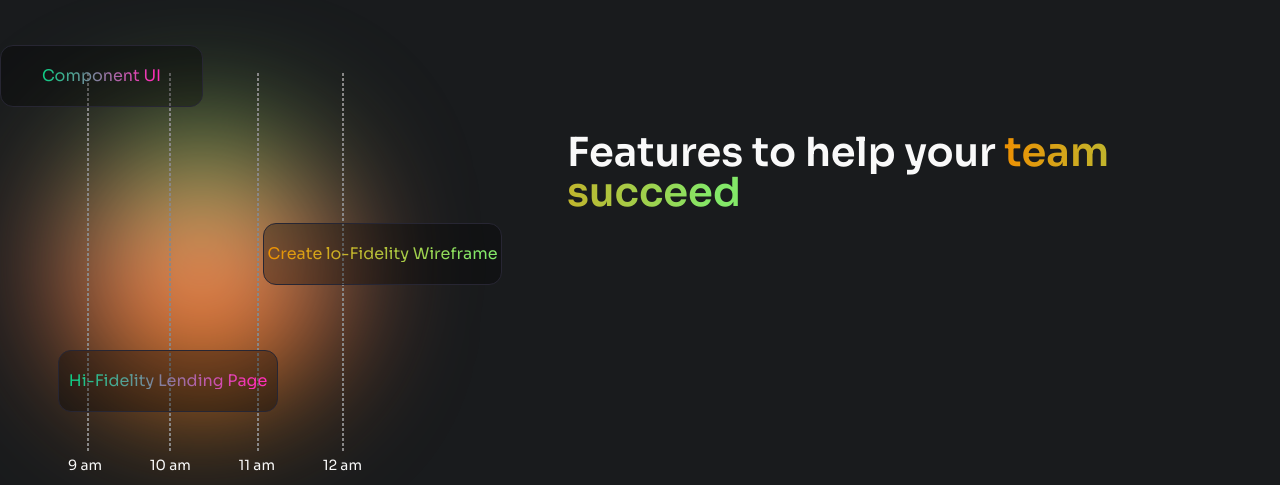
Repository: anhthiethumg/Task_Managerment_Website
Page: index.html
An editor plug-in stored every save of this project. The page is shown before and after the next save, followed by the edit.
The browser window is 1280 px wide. The pictures show the part of the page from y = 2400 to 2885 px (the page is 2885 px tall).
A picture or video elsewhere on the page could not be fetched, so the positions and the page height are approximate.

Above is the page before, as saved 2023-07-31 09:01:02.

### index.html
<!DOCTYPE html>
<html lang="en">
  <head>
    <meta charset="UTF-8" />
    <meta name="viewport" content="width=device-width, initial-scale=1.0" />
    <title>Task Managerment Website</title>
    <!-- Reset Css -->
    <link rel="stylesheet" href="./assets/css/reset.css" />

    <!-- CSS -->
    <link rel="stylesheet" href="./assets/css/styles.css" />

    <!-- Embed Font-->

    <link rel="preconnect" href="https://fonts.googleapis.com" />
    <link rel="preconnect" href="https://fonts.gstatic.com" crossorigin />
    <link
      href="https://fonts.googleapis.com/css2?family=Sora:wght@400;600;700;800&display=swap"
      rel="stylesheet"
    />
  </head>
  <body>
    <!-- Header -->
    <section class="header">
      <div class="container">
        <navbar class="row nav">
          <img src="./assets/image/logo.svg" alt="Task." />
          <div class="nav-list">
            <a class="nav-item" href="#!">Home</a>
            <a class="nav-item" href="#!">Products</a>
            <a class="nav-item" href="#!">Guidlines</a>
            <a class="nav-item" href="#!">Guidlines</a>
          </div>
          <button class="btn nav-btn">Sign In</button>
        </navbar>
        <section class="hero">
          <div class="row hero__content">
            <div class="stacked-circles">
              <div class="circles"></div>
              <div class="circles"></div>
              <div class="circles"></div>
              <div class="circles"></div>
            </div>
            <div class="hero--content__heading">
              <h1 class="hero__heading">
                Make <span class="heading__liner">Management</span> Way More
                Easier Than Ever
              </h1>
              <p class="hero__desc section-desc">
                The online collaborative management platform to bring more
                efficiency and performace
              </p>
              <div class="hero-btn row">
                <button type="button" class="btn hero__btn">
                  Request Demo
                </button>
                <button type="button" class="btn hero__btn">Contact Us</button>
              </div>
            </div>
            <div class="stacked-circles">
              <div class="circles"></div>
              <div class="circles"></div>
              <div class="circles"></div>
              <div class="circles"></div>
            </div>
          </div>
          <section class="task-manager row">
            <sidebar class="sidebar">
              <div class="row sidebar__header">
                <img
                  src="./assets/icons/icon-sidebar.svg"
                  alt="icon-sidebar"
                  class="icon__sidebar"
                />
                <img
                  src="./assets/icons/dashboard-icon.svg"
                  alt="dashboard-icon"
                  class="dashboard-icon"
                />
                <h4 class="sidebar__heading">Dashboard</h4>
              </div>
              <div class="sidebar__list">
                <h4 class="sidebar__list--heading">Collections</h4>
                <div class="sidebar__list--item">
                  <h5 class="sidebar__item--content">School</h5>
                </div>
                <div class="sidebar__list--item">
                  <h5 class="sidebar__item--content">Personal</h5>
                </div>
              </div>
            </sidebar>
            <section class="task-manager__section">
              <div class="task__header row">
                <img src="./assets/icons/school.png" alt="Back" class="back" />
                <img
                  src="./assets/icons/contact us icon.png"
                  alt="Contact"
                  class="contact-us"
                />
              </div>
              <div class="task__content row">
                <div class="list--work">
                  <div class="list-sort">Sort</div>
                  <div class="work--item">Finish the Easay collaboration</div>
                  <div class="work--item">Do the math for next monday</div>
                  <div class="work--item">
                    Read the next chapter of the book
                  </div>
                  <div class="work--item">
                    Send the collabaration files to jerusha
                  </div>
                  <div class="work--item">
                    Finish the powerpoint presentation
                  </div>
                  <div class="work--item">Add task</div>
                </div>
                <div class="daily-task">
                  <div class="dailytask__heading">Daily task.</div>
                  <img
                    class="dailytask__img"
                    src="./assets/image/Rectangle 50.png"
                    alt="Daily task"
                  />
                </div>
              </div>
              <div class="card">
                <div class="card__heading">Collections</div>
                <div class="card__list">
                  <div class="card__item">
                    <div class="card__item--icon"></div>
                    <div class="card__item--content">
                      <h4 class="card__item--title">School</h4>
                      <p class="card__item--desc">4 task plus tomorrow.</p>
                    </div>
                  </div>
                  <div class="card__item">
                    <div class="card__item--icon"></div>
                    <div class="card__item--content">
                      <h4 class="card__item--title">Personal</h4>
                      <p class="card__item--desc">1 task plus today.</p>
                    </div>
                  </div>
                  <div class="card__item">
                    <div class="card__item--icon"></div>
                    <div class="card__item--content">
                      <h4 class="card__item--title">Design</h4>
                      <p class="card__item--desc">3 task plus rewt week.</p>
                    </div>
                  </div>
                </div>
              </div>
            </section>
          </section>
        </section>
      </div>
    </section>

    <!-- Main -->
    <main class="main">
      <div class="container">
        <!-- Services -->
        <section class="services">
          <div class="services__icon--list">
            <div class="services__icon--bg">
              <img
                src="./assets/icons/report.png"
                alt="Report"
                class="services__icon"
              />
            </div>
            <img src="./assets/icons/dash line-1.svg" alt="dash-line" />
            <div class="services__icon--bg">
              <img
                src="./assets/icons/server.png"
                alt="Server"
                class="services__icon"
              />
            </div>

            <img src="./assets/icons/dash line-1.svg" alt="dash-line" />
            <div class="services__icon--bg">
              <img
                src="./assets/icons/support.png"
                alt="Support"
                class="services__icon"
              />
            </div>
          </div>
          <div class="services__list row">
            <div class="services__items">
              <h3 class="services__heading">Structured Reports</h3>
              <p class="services__desc">
                Sed rhoncus sit sed tellus donec lorem lectus nunc, ornare
              </p>
            </div>
            <div class="services__items">
              <h3 class="services__heading">Cloud System</h3>
              <p class="services__desc">
                Sed rhoncus sit sed tellus donec lorem lectus nunc, ornare
              </p>
            </div>
            <div class="services__items">
              <h3 class="services__heading">24/7 Support</h3>
              <p class="services__desc">
                Sed rhoncus sit sed tellus donec lorem lectus nunc, ornare
              </p>
            </div>
          </div>
        </section>

        <!-- Static -->

        <section class="static row">
          <section class="static__content">
            <h2 class="static__heading section__heading">
              Okay, <span class="heading__liner">Let’s</span> see D’task in
              numbers
            </h2>
            <p class="static__desc section__desc">
              Powering a productive team means using a powerful tool (and plenty
              of snacks). From meetings and projects to events and goal setting,
              D'taak intuitive features give any team the ability to quickly set
              up and customize workflows for just about anything
            </p>
            <div class="static__dot row">
              <div class="dot"></div>
              <div class="dot"></div>
              <div class="dot"></div>
            </div>
            <div class="static__list row">
              <div class="static__item">
                <div class="static--item__number">12M</div>
                <div class="static--item__title">Support</div>
              </div>
              <div class="static__item">
                <div class="static--item__number">16</div>
                <div class="static--item__title">Active User</div>
              </div>
              <div class="static__item">
                <div class="static--item__number">7/24</div>
                <div class="static--item__title">Languages</div>
              </div>
            </div>
          </section>
          <div class="static__media">
            <img
              class="static--media__bg"
              src="./assets/image/static_background.svg"
              alt="background"
            />
            <div class="dash-shape"></div>
            <div class="dash-shape"></div>
            <div class="dash-shape"></div>
            <div class="dash-shape"></div>
            <!-- <div class="static--media__item row">
              <h3 class="static--media__title ">
                <span class="heading__liner">Online Support</span>
              </h3>
              <img class="static--media__icons" src = "./assets/icons/video-button.svg"/>
            </div>
            <div class="static--media__item row">
              <h3 class="static--media__title ">
                <span class="heading__liner">Exercitation</span>
              </h3>
              <img class="static--media__icons" src = "./assets/icons/Exercitation-icon.svg"/>
            </div>
            <div class="static--media__item row">
              <h3 class="static--media__title ">
                <span class="heading__liner">D’ task</span>
              </h3>
              <img class="static--media__icons" src = "./assets/icons/video-button.svg"/>
            </div>
            <div class="static--media__item row">
              <h3 class="static--media__title ">
                <span class="heading__liner">Design</span>
              </h3>
              <img class="static--media__icons" src = "./assets/icons/video-button.svg"/>
            </div> -->
          </div>
        </section>
      </div>
      <!-- Features -->
      <section class="features">
        <div class="container row">
          <div class="feature__meida">
            <div class="shape--blur"></div>
            <div class = "block--line">
              <div class="dash--line">
                <div class="line"></div>
                <div class="dash-line__content">
                  9 am
                </div>
              </div>
              <div class="dash--line">
                <div class="line"></div>
                <div class="dash-line__content">
                  10 am
                </div>
              </div>
              <div class="dash--line">
                <div class="line"></div>
                <div class="dash-line__content">
                  11 am
                </div>
              </div>
              <div class="dash--line">
                <div class="line"></div>
                <div class="dash-line__content">
                  12 am
                </div>
              </div>
            </div>
            <div class = "feature--btn">
              <div class="feature__btn btn">
                <span class="heading__liner">
                  Component UI
                </span>
              </div>
              <div class="feature__btn btn">
                <span class="heading__liner">
                  Create lo-Fidelity Wireframe
                </span>
              </div>
              <div class="feature__btn btn">
                <span class="heading__liner">
                  Hi-Fidelity Lending Page
                </span>
              </div>
            </div>
          </div>
          <div class="feature__content">
            <h2 class = "section__heading feature__heading">Features to help your <span class=" heading__liner">
              team succeed
            </span></h2>
          </div>
        </div>
      </section>
    </main>
  </body>
</html>

### assets/css/styles.css
* {
  box-sizing: border-box;
}

html {
  font-size: 62.5%;
}

:root {
  color: var(--text-color-gray-2, #282c30);
  color: var(--text-color-white, #f9f9f9);
  color: var(
    --primary-color-leniar-color,
    linear-gradient(90deg, #eb9204 1.67%, #83e868 89.99%)
  );
  color: var(--primary-color-background, #131517);
  color: var(--text-color-dark-blue, #272633);
}

body {
  font-size: 1.6rem;
  font-family: "Sora", sans-serif;
  background: var(--primary-color-background, #131517);
}

/* Common */

a {
  text-decoration: none;
}

.container {
  width: 1144px;
  margin: 0 auto;
}

.row {
  display: flex;
}

.btn {
  width: 110px;
  height: 40px;
  border-radius: 8px;
  border: 1px solid var(--text-color-dark-blue, #272633);
  background: #131517;
  text-align: center;
}

.section__desc {
  color: var(--text-color-gray-1, #858b93);
  text-align: center;
  font-size: 1.6rem;
  font-weight: 400;
  line-height: 1.625;
}

.section__heading {
  color: var(--text-color-white, #f9f9f9);
  font-size: 4rem;
  font-weight: 600;
}
/* Header */

.header {
  margin-top: 40px;
  margin-bottom: 140px;
  padding-top: 10px;
}

/* Navbar */

.nav {
  justify-content: space-between;
  align-items: center;
  height: 40px;
  margin-bottom: 157px;
}

.nav-item {
  margin-right: 36px;
  color: var(--text-color-gray-1, #858b93);
  font-size: 1.6rem;
  font-weight: 400;
  line-height: 1.5;
}

.nav-item:hover {
  color: var(--text-color-white, #f9f9f9);
  text-decoration: underline;
}

.nav-btn {
  background: var(
    --primary-color-leniar-color,
    linear-gradient(90deg, #eb9204 1.67%, #83e868 89.99%)
  );
  background-clip: text;
  -webkit-background-clip: text;
  -webkit-text-fill-color: transparent;
  font-size: 1.6rem;
  font-weight: 400;
  line-height: 1.5;
}

/* hero-content */
.hero__content {
  padding: 0 25px;
  justify-content: space-between;
}
.hero__heading {
  margin: 0 auto 34px;
  width: 783px;
  color: var(--text-color-white, #f9f9f9);
  text-align: center;
  font-size: 6rem;
  font-weight: 700;
  line-height: 1.17;
}

.heading__liner {
  background: var(
    --primary-color-leniar-color,
    linear-gradient(90deg, #eb9204 1.67%, #83e868 89.99%)
  );
  background-clip: text;
  -webkit-background-clip: text;
  -webkit-text-fill-color: transparent;
}

.hero__desc {
  width: 447px;
  margin: 0 auto 44px;
}

.hero-btn {
  justify-content: center;
  gap: 30px;
}

.hero__btn {
  margin-bottom: 111px;
  width: 199px;
  height: 54px;
  color: var(--text-color-white, #f9f9f9);
  font-size: 1.6rem;
  font-weight: 400;
  line-height: 1.625;
}

.hero__btn:hover {
  background: var(
    --primary-color-leniar-color,
    linear-gradient(90deg, #eb9204 1.67%, #83e868 89.99%)
  );
}

/* hero circle */

.stacked-circles {
  display: flex;
  flex-direction: column;
  align-items: center;
  margin-top: -75px;
}

.circles {
  fill: linear-gradient(180deg, #111118 4.96%, rgba(43, 43, 61, 0) 100%);
  box-shadow: 0px 39px 31px 0px #313141 inset;
  border-radius: 50%;
}
.circles:first-child {
  width: 121px;
  height: 121px;
  margin-bottom: 41px;
}

.circles:nth-child(2) {
  width: 39px;
  height: 39px;
  margin-bottom: 36px;
}

.circles:nth-child(3) {
  width: 25px;
  height: 25px;
  margin-bottom: 39px;
}

.circles:last-child {
  width: 14px;
  height: 14px;
  flex-shrink: 0;
}

/* task manager */

.task-manager {
  width: 848px;
  height: 366px;
  border-radius: 8px 8px 0px 0px;
  background: #1f2326;
  margin-left: 180px;
}

.sidebar {
  padding: 18px 0 0 16px;
}

.sidebar__header {
  width: 192px;
  height: 39px;
  align-items: center;
}

.icon__sidebar {
  width: 9px;
  height: 9px;
  margin-right: 25px;
}

.dashboard-icon {
  width: 13px;
  height: 11px;
  margin-right: 17px;
}

.sidebar__heading {
  color: #98989c;
  font-size: 1.4rem;
  font-weight: 600;
}

.sidebar__list--heading {
  margin: 15px 0 15px;
  color: var(--text-color-white, #f9f9f9);
  font-size: 1.4rem;
  font-weight: 600;
}

.sidebar__list--item {
  width: 192px;
  height: 39px;
  display: flex;
  align-items: center;
}

.sidebar__list--item:hover {
  background: #2b2d2f;
}
.sidebar__item--content {
  color: var(--text-color-gray-1, #858b93);
  font-size: 1.2rem;
  font-weight: 600;
  opacity: 0.6000000238418579;
  display: flex;
  align-items: center;
}

.sidebar__item--content::before {
  display: inline-block;
  content: " ";
  width: 17px;
  height: 17px;
  border-radius: 5px;
  background: #ae8ff9;
  margin-right: 10px;
}

.task-manager__section {
  position: relative;
  margin-top: 28px;
  margin-right: 15px;
  background: #0d1012;
  width: 100%;
  padding: 30px;
}

.task__header {
  margin-left: 140px;
  justify-content: space-between;
}

.list--work {
  width: 362px;
  margin-right: 52px;
}

.list-sort {
  color: #838386;
  font-size: 1.2rem;
  font-weight: 400;
  text-align: right;
  height: 30px;
}

.list-sort::before {
  display: inline-block;
  content: " ";
  width: 10px;
  height: 5px;
  border-radius: 5px;
  margin-right: 10px;
  background-image: url(../icons/sort.svg);
  margin-left: 10px;
}
.work--item {
  display: flex;
  align-items: center;
  margin-bottom: 10px;
  width: 100%;
  height: 30px;
  border-radius: 10px;
  background: #14181b;
  color: #9ea1a7;
  font-size: 1rem;
  font-weight: 300;
}

.work--item:before {
  display: inline-block;
  content: " ";
  width: 14px;
  height: 14px;
  border-radius: 5px;
  margin-right: 10px;
  background-image: url(../icons/check.svg);
  margin-left: 10px;
}

.work--item:last-child:before {
  background-image: url(../icons/add.svg);
}

.dailytask__heading {
  color: var(--text-color-white, #f9f9f9);
  font-size: 1.4rem;
  font-weight: 400;
  margin-bottom: 20px;
}

.dailytask__img {
  width: 167px;
  height: 218px;
  flex-shrink: 0;
  border-radius: 17px;
  background: rgba(13, 16, 18, 0.24);
}

.card {
  position: absolute;
  width: 216px;
  height: 335px;
  border-radius: 15px 15px 22px 22px;
  background: #0d1012;
  padding: 26px 15px;
  left: -295px;
  top: 150px;
}

.card__heading {
  color: #f9f9f9;
  font-size: 1.4rem;
  font-weight: 600;
  margin-left: 10px;
  margin-bottom: 21px;
}

.card__item {
  display: flex;
  align-items: center;
  width: 188px;
  height: 78px;
  border-radius: 13px;
  background: #14181b;
  margin-bottom: 8px;
}
.card__item--icon {
  width: 33px;
  height: 33px;
  border-radius: 12px;
  margin: 12px;
}

.card__item:first-child .card__item--icon {
  background: var(--primary-color-dark-orange, #ff7667);
}

.card__item:nth-child(2) .card__item--icon {
  background: var(--primary-color-blue, #ae8ff9);
}

.card__item:last-child .card__item--icon {
  background: var(--primary-color-green, #0cce84);
}

.card__item--title {
  color: #fff;
  font-size: 1.4rem;
  font-weight: 600;
  margin-bottom: 3px;
}

.card__item--desc {
  color: var(--text-color-gray-1, #858b93);
  font-size: 1rem;
  font-weight: 400;
}

/* services */

.services {
  padding: 41px 50px 53px 50px;
  margin-top: 286px;
  margin-bottom: 140px;
  width: 1096px;
  height: 331px;
  border-radius: 27px;
  background: var(--text-color-gray-2, #282c30);
}

.services__icon--list {
  display: flex;
  align-items: center;
  justify-content: space-around;
  margin: 30px 50px;
}

.services__icon--bg {
  background: var(--primary-color-green, #0cce84);
  width: 62px;
  height: 62px;
  border-radius: 50%;
  display: flex;
  align-items: center;
  justify-content: center;
}

.services__icon--bg:nth-child(2) {
  background: var(--primary-color-dark-yellow, #ef8f00);
}

.services__icon--bg:last-child {
  background: var(--primary-color-blue, #ae8ff9);
}
.services__icon {
  width: 32px;
  height: 32px;
}

.services__list {
  justify-content: space-between;
}

.services__items {
  width: 238px;
  text-align: center;
}

.services__heading {
  color: var(--text-color-white, #f9f9f9);
  font-size: 2.2rem;
  font-weight: 600;
  line-height: 1.45;
}

.services__desc {
  color: #858b93;
  font-size: 1.6rem;
  font-weight: 400;
  line-height: 1.625;
}

/* Static */
.static__content {
  width: 537px;
  margin-bottom: 140px;
}
.static__heading {
  width: 368px;
  margin-bottom: 22px;
}

.static__desc {
  width: 537px;
  height: 106px;
  text-align: left;
  margin-bottom: 86px;
}

.static__dot {
  gap: 6px;
  justify-content: center;
  margin-bottom: 28px;
  margin-left: -105px;
}
.dot {
  width: 6px;
  height: 6px;
  border-radius: 50%;
  background: #838386;
}

.dot:nth-child(2) {
  background: #ef8f00;
}

.static__list {
  gap: 17px;
}
.static__item {
  text-align: center;
  padding-top: 21px;
  width: 132px;
  height: 127px;
  border-radius: 9px;
  background: var(--text-color-dark-blue, #272633);
}

.static__item:nth-child(odd) {
  margin-top: -30px;
}

.static__item:nth-child(2) {
  background: linear-gradient(
    191deg,
    #c4f566 7.35%,
    #ae8ef9 28.41%,
    #ef8f00 60.81%,
    #61e559 100%
  );
}

.static__item:nth-child(2) .static--item__title {
  color: var(--text-color-white, #f9f9f9);
}
.static--item__number {
  color: var(--text-color-white, #f9f9f9);
  font-size: 3rem;
  font-weight: 600;
  margin-bottom: 16px;
}

.static--item__title {
  color: var(--text-color-gray-1, #858b93);
  font-size: 1.6rem;
  font-weight: 400;
  line-height: 1.625;
}

.static__media {
  position: relative;
}

.static--media__bg {
  position: absolute;
}
.dash-shape {
  position: absolute;
  width: 455px;
  height: 455px;
  border-radius: 455px;
  border: 2px dashed #2f2f2f;
  top: 50px;
  left: 50px;
}

.dash-shape:nth-child(2) {
  width: 336px;
  height: 336px;
  top: 110px;
  left: 110px;
}

.dash-shape:nth-child(3) {
  width: 209px;
  height: 209px;
  background: #6aea5c;
  opacity: 0.5;
  border: 2px solid #6aea5c;
  top: 170px;
  left: 170px;
}

.dash-shape:nth-child(4) {
  width: 137px;
  height: 137px;
  background: #6aea5c;
  border: 2px solid #6aea5c;
  top: 205px;
  left: 205px;
}
/*
.static--media__item {
  position: absolute;
  justify-content: space-between;
  align-items: center;
  width: 225px;
  height: 61px;
  border-radius: 5px;
  background: #27292c;
  padding: 20px;

}

.static--media__item:nth-child(1) {
  top: 50px;
  left: 150px;
}
.static--media__item:nth-child(2) {
  top: 450px;
  left: 150px;
}
.static--media__item:nth-child(3) {
  top: 150px;
  left: 10px;
}
.static--media__item:nth-child(4) {
  top: 150px;
  left: 150px;
} */

/* Feature */
.features {
  background: #191b1d;
  padding: 153px 0 85px 0;
}

.feature__meida {
  position: relative;
  margin-right: 232px;
}
.shape--blur {
  width: 267px;
  height: 267px;
  border-radius: 267px;
  background: linear-gradient(180deg, #6aea5c 0%, #fd7566 48.53%, #ef8f00 100%);
  filter: blur(66px);
}

.block--line {
  position: absolute;
  top: -60px;
  width: 294px;
  height: 378px;
  display: flex;
  justify-content: space-between;
}

.line {
  height: 100%;
  width: 1px;
  border: 1px dashed #888787;
  align-items: center;
  margin-left: 19px;
  margin-bottom: 7px;
}

.dash-line__content {
  color: #f9f9f9;
  font-size: 1.4rem;
  font-weight: 400;
}

.feature--btn {
  position: relative;
}

.feature__btn {
  position: absolute;
  border-radius: 13px;
  height: 62px;
  background: rgba(0, 0, 0, 0.32);
  display: flex;
  justify-content: center;
  align-items: center;
}

.feature__btn:nth-child(1) {
  top: -355px;
  left: -68px;
  width: 203px;
}

.feature__btn:nth-child(2) {
  width: 239px;
  top: -177px;
  left: 195px;
}
.feature__btn:nth-child(3) {
  width: 220px;
  top: -50px;
  left: -10px;
}

.feature__btn:nth-child(1) .heading__liner, .feature__btn:nth-child(3) .heading__liner {
  background: linear-gradient(90deg, #0cce84 0%, #ff2eb8 94.43%);
  background-clip: text;
  -webkit-background-clip: text;
  -webkit-text-fill-color: transparent;
}

.feature__heading {

}

Loaded but not shown: assets/css/reset.css (common file)

After the next save:
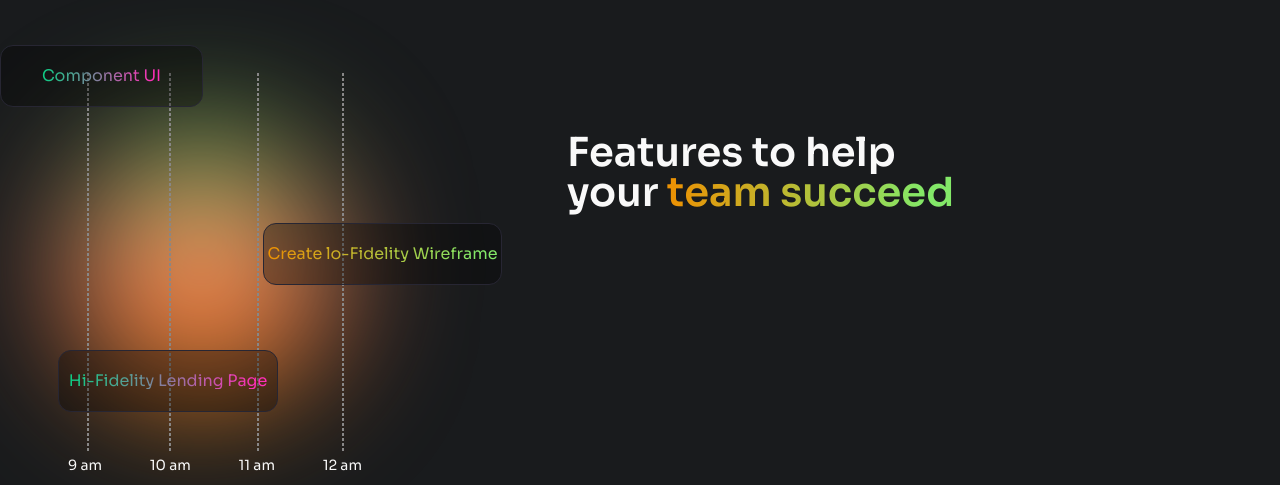
Saved 8 s later.
--- a/assets/css/styles.css
+++ b/assets/css/styles.css
@@ -701,5 +701,5 @@ a {
 }
 
 .feature__heading {
-
-}
+  width: 399px;
+}
